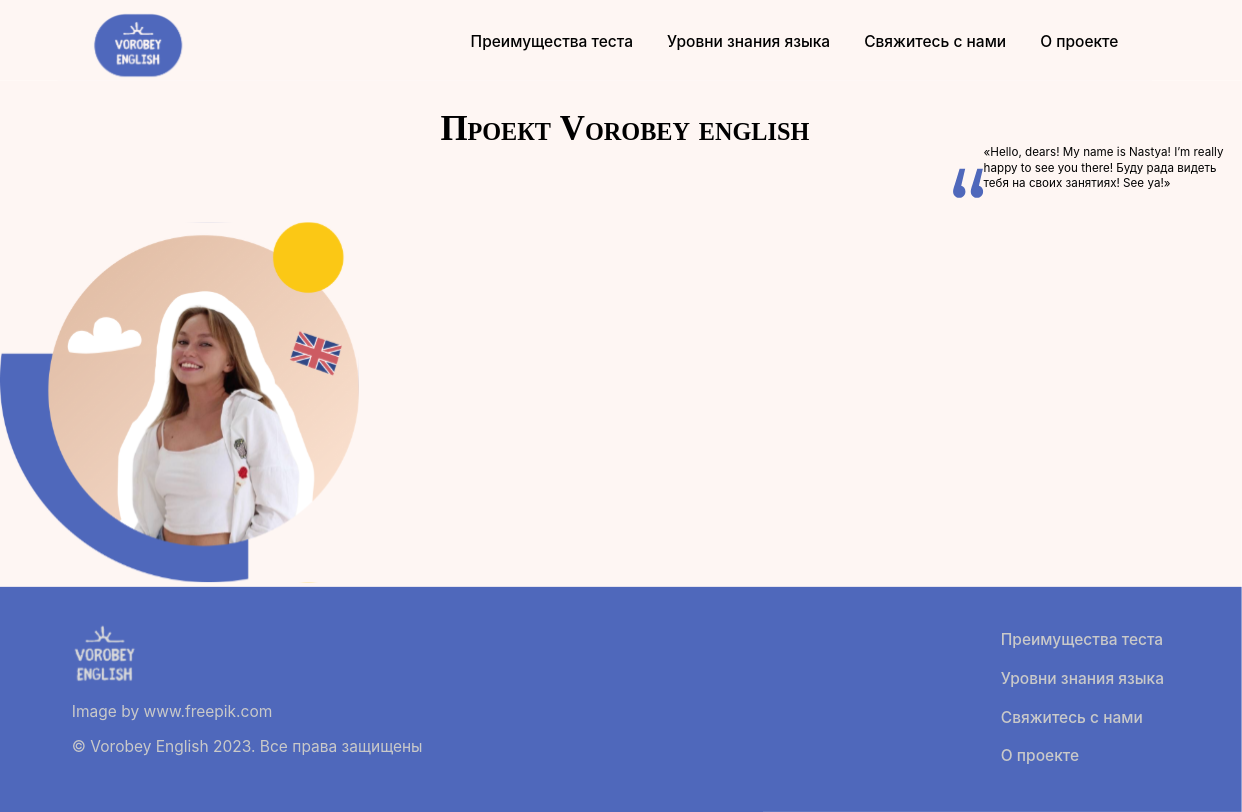
Repository: WladimirVA/PP-01-01_Dandelions
Page: info-customer.html
These files come from the project's save history. The page is drawn as it stood at one moment and after the next save; the edit follows.
The browser window is 1280 px wide. The pictures show the whole page, at 97% of full size.

Above is the page before, as saved 2023-03-16 15:49:10.

After the next save:
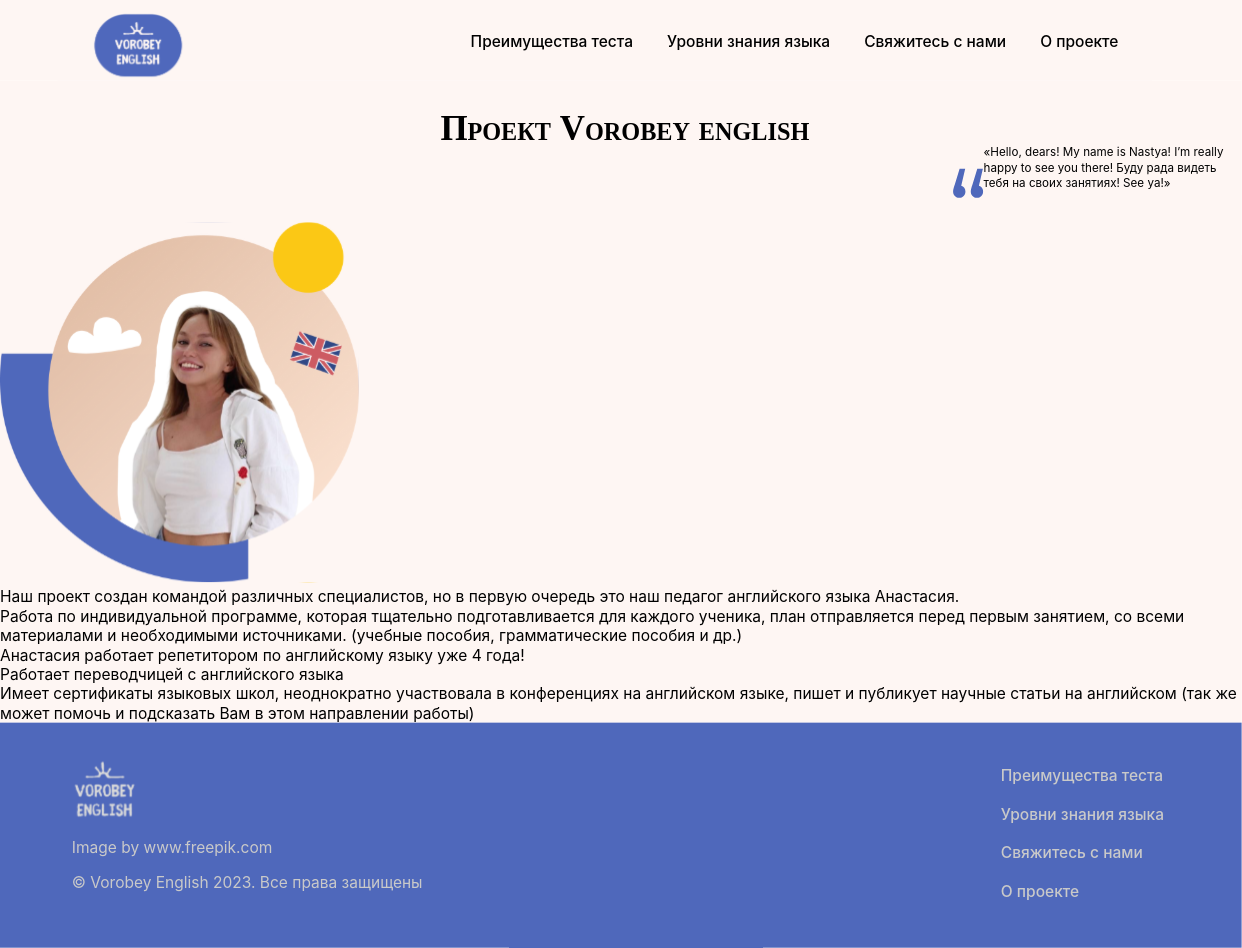
Saved 4 min 33 s later.
--- a/info-customer.html
+++ b/info-customer.html
@@ -42,7 +42,13 @@
                     <img src="./static/img/Group 88 2 1.svg">
                 </div>
                 <div class="help_vorobey">
-
+                    <p>Наш проект создан командой различных специалистов, но в первую очередь это наш педагог английского языка Анастасия.</p>
+                    <p>Работа по индивидуальной программе, которая тщательно подготавливается для каждого ученика, план отправляется перед первым занятием, со всеми материалами и необходимыми источниками. (учебные пособия, грамматические пособия и др.)</p>
+                    <ul>
+                        <li>Анастасия работает репетитором по английскому языку уже 4 года!</li>
+                        <li>Работает переводчицей с английского языка </li>
+                        <li>Имеет сертификаты языковых школ, неоднократно участвовала в конференциях на английском языке, пишет и публикует научные статьи на английском (так же может помочь и подсказать Вам в этом направлении работы)</li>
+                    </ul>
                 </div>
             </div>
         </div>
